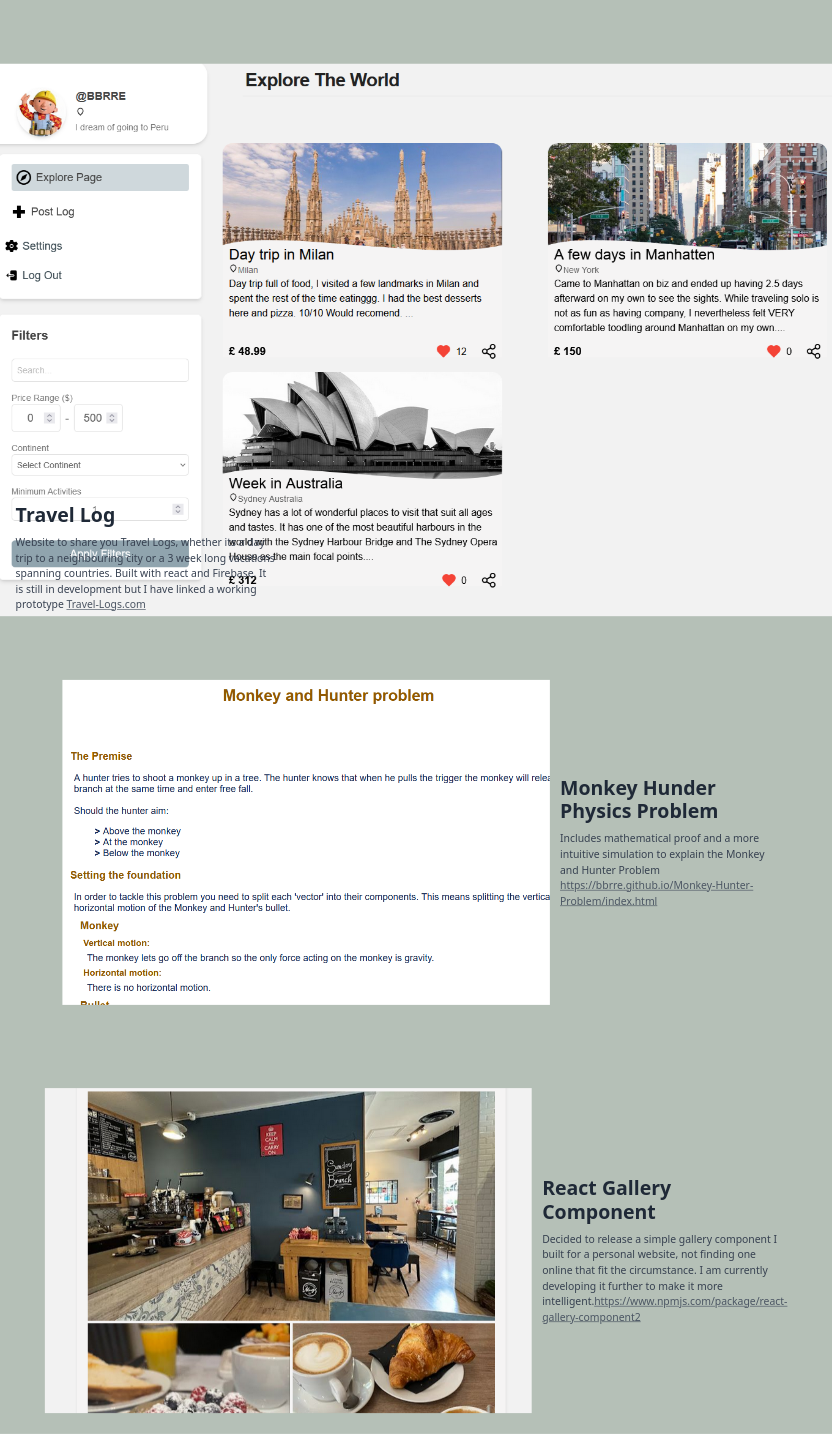
Repository: BBRRE/Portfolio-V2
Page: /#/Computer-Sci
The author's editor kept a copy of each file at every save. The page is drawn from the files as they stood at one save, then again after the next save.
The browser window is 1280 px wide. The pictures show the whole page, at 65% of full size.
Some web fonts or font styles are not loaded; a fallback is used. The project was rebuilt for these pictures with package versions that can differ from the ones it lists, and the page was loaded fresh each time. Also part of the build but not shown: vite.config.js, src/Subjects/Archi.jsx, src/Subjects/EEng.jsx, src/Subjects/Other.jsx, src/Projects Overview.jsx, src/HomePage.jsx, src/ErrorBoundary.jsx.

Above is the page before, as saved 2024-11-29 09:09:09.

After the next save:
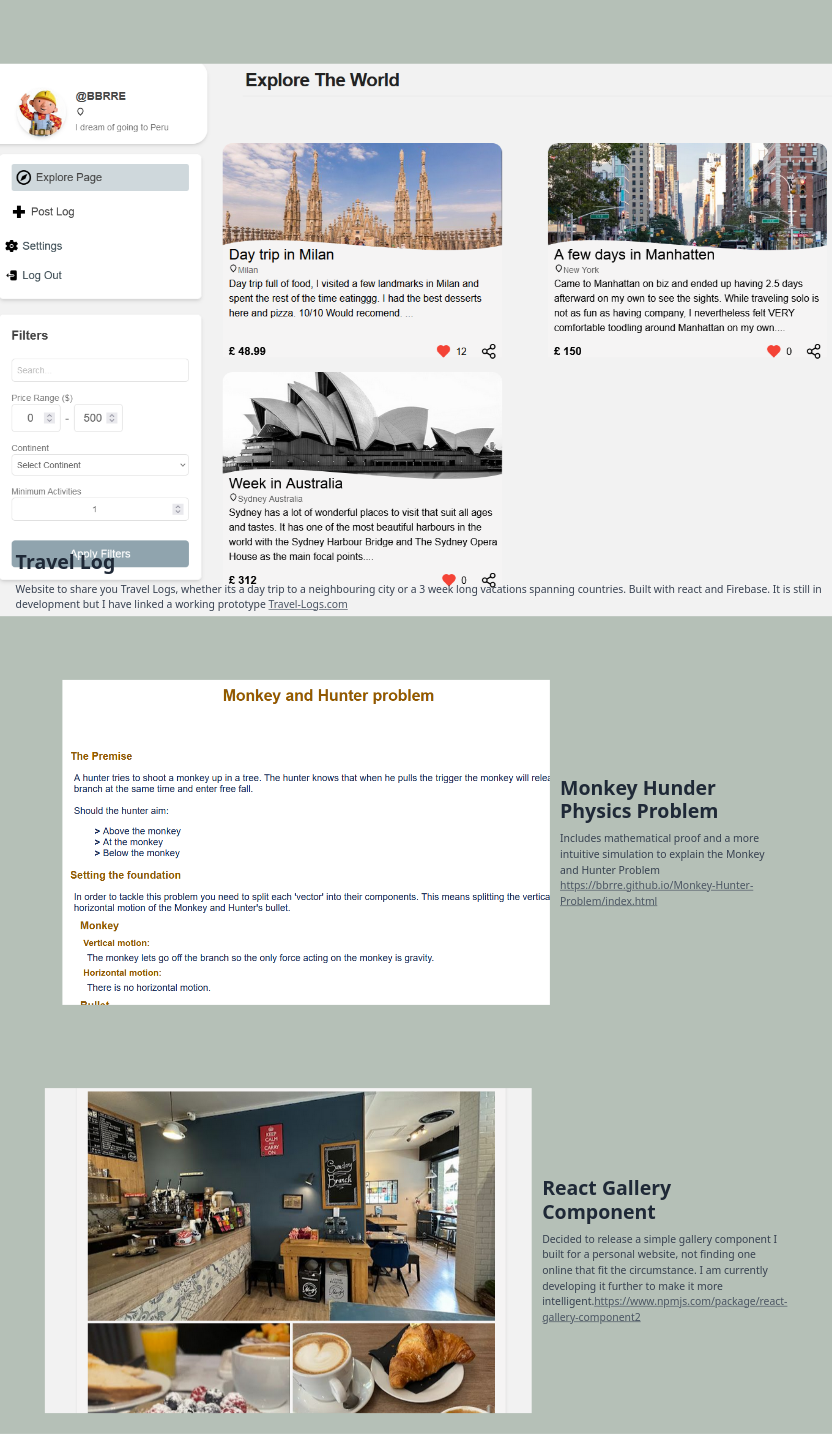
Saved 7 s later.
--- a/src/Subjects/CompSci.jsx
+++ b/src/Subjects/CompSci.jsx
@@ -12,7 +12,7 @@
           <h2 className=" text-left text-xl md:text-2xl lg:text-3xl font-semibold text-gray-800">
             Travel Log
           </h2>
-        <p className="text-gray-700 text-sm md:text-base leading-relaxed max-w-[400px]">
+        <p className="text-gray-700 text-sm md:text-base leading-relaxed">
           Website to share you Travel Logs, whether its a day trip to a neighbouring city or a 3 week long vacations spanning countries. Built with react
           and Firebase. It is still in development but I have linked a working prototype <a href="https://Travel-Logs.com/" className='underline text-gray-600'>Travel-Logs.com</a>
         </p>

After the save that followed:
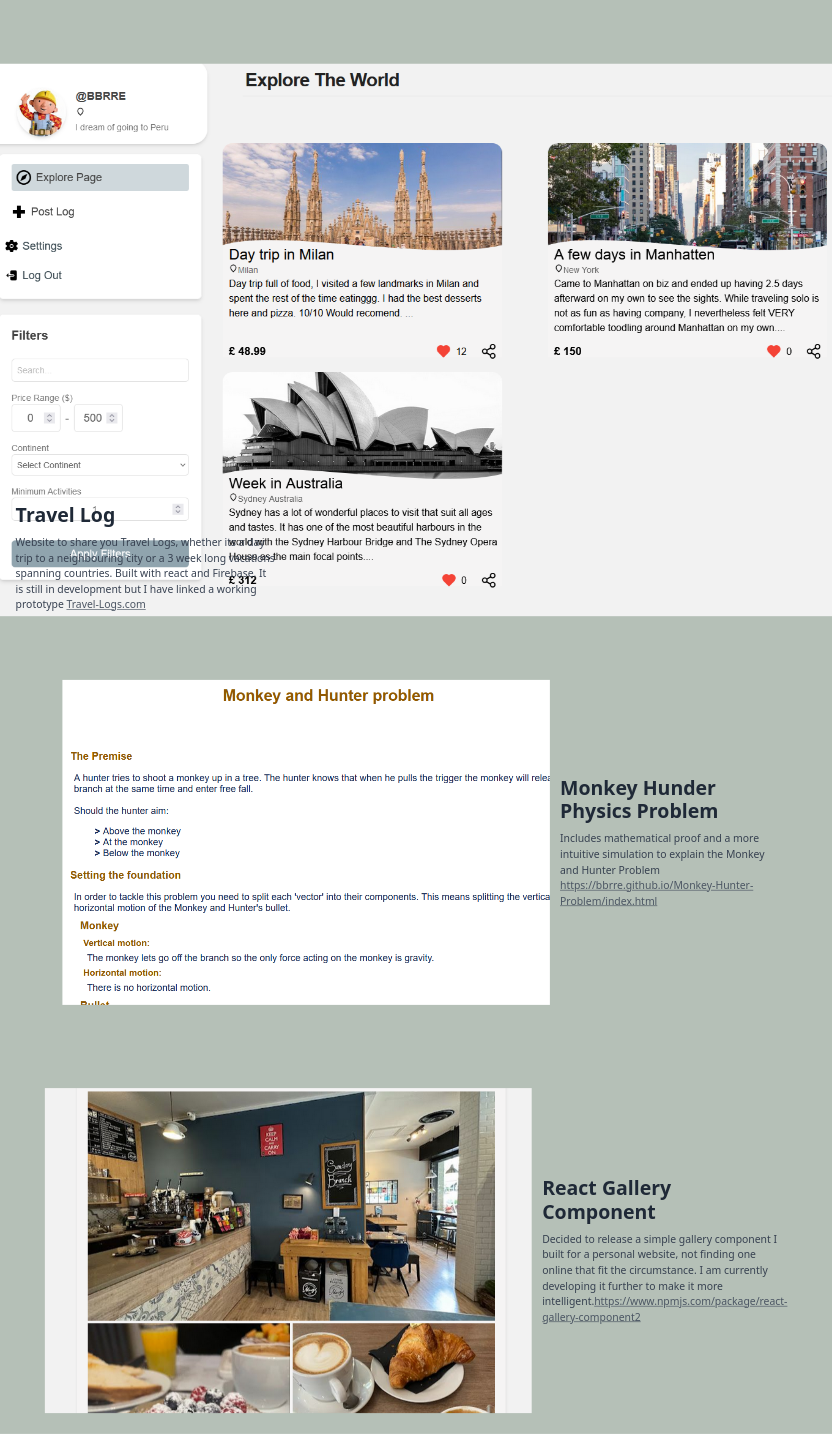
Saved 5 s later.
--- a/src/Subjects/CompSci.jsx
+++ b/src/Subjects/CompSci.jsx
@@ -12,7 +12,7 @@
           <h2 className=" text-left text-xl md:text-2xl lg:text-3xl font-semibold text-gray-800">
             Travel Log
           </h2>
-        <p className="text-gray-700 text-sm md:text-base leading-relaxed">
+        <p className="text-gray-700 text-sm md:text-base leading-relaxed max-w-[400px]">
           Website to share you Travel Logs, whether its a day trip to a neighbouring city or a 3 week long vacations spanning countries. Built with react
           and Firebase. It is still in development but I have linked a working prototype <a href="https://Travel-Logs.com/" className='underline text-gray-600'>Travel-Logs.com</a>
         </p>
